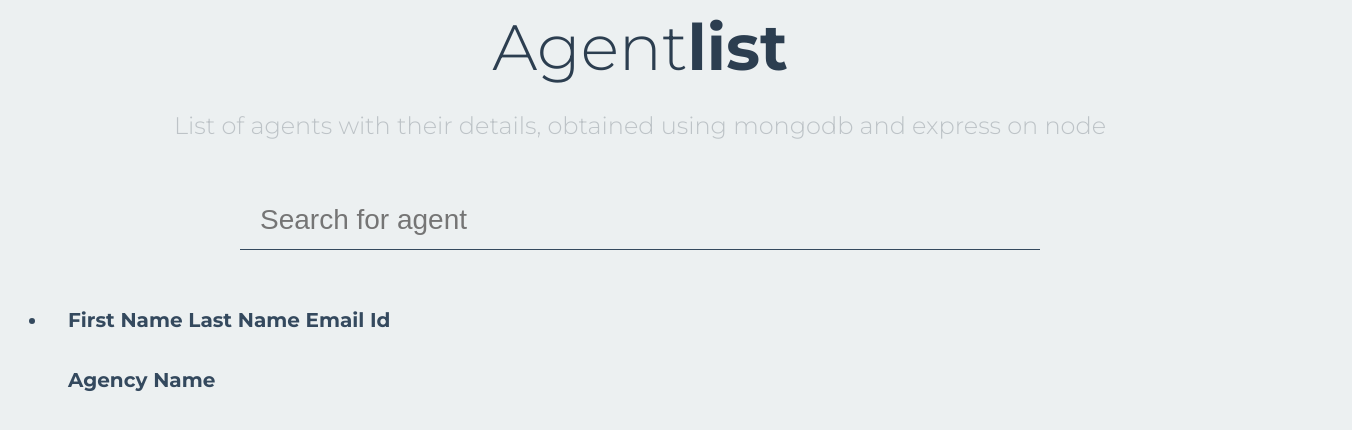
Repository: Anoofs/JsonListView
Page: http://localhost/
The author's editor kept a record of every edit. The page is drawn from the files as they stood at one moment, then again after the next edit.
The browser window is 1280 px wide. The page is 1352 px wide, so the pictures cover 1352 px, including what lies to the right of the window. The pictures show the whole page.
The page is served by the project's Node server (json_table/index.js). Queries for data that is not in the repository find no rows.

Above is the page before.

After the next edit:
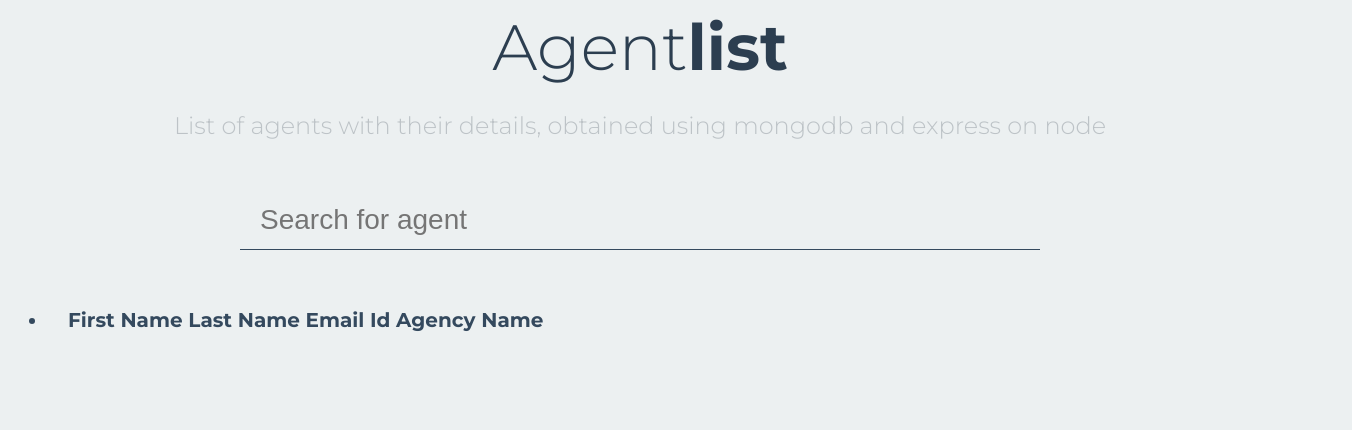
The edit:
--- a/environment/json_table/views/index.html
+++ b/environment/json_table/views/index.html
@@ -25,8 +25,8 @@
             </th>
             <th class="email">
                 Email Id
-            </div>
-            <div class="agency">
+            </th>
+            <th class="agency">
                 Agency Name
             </div>
         </li>
